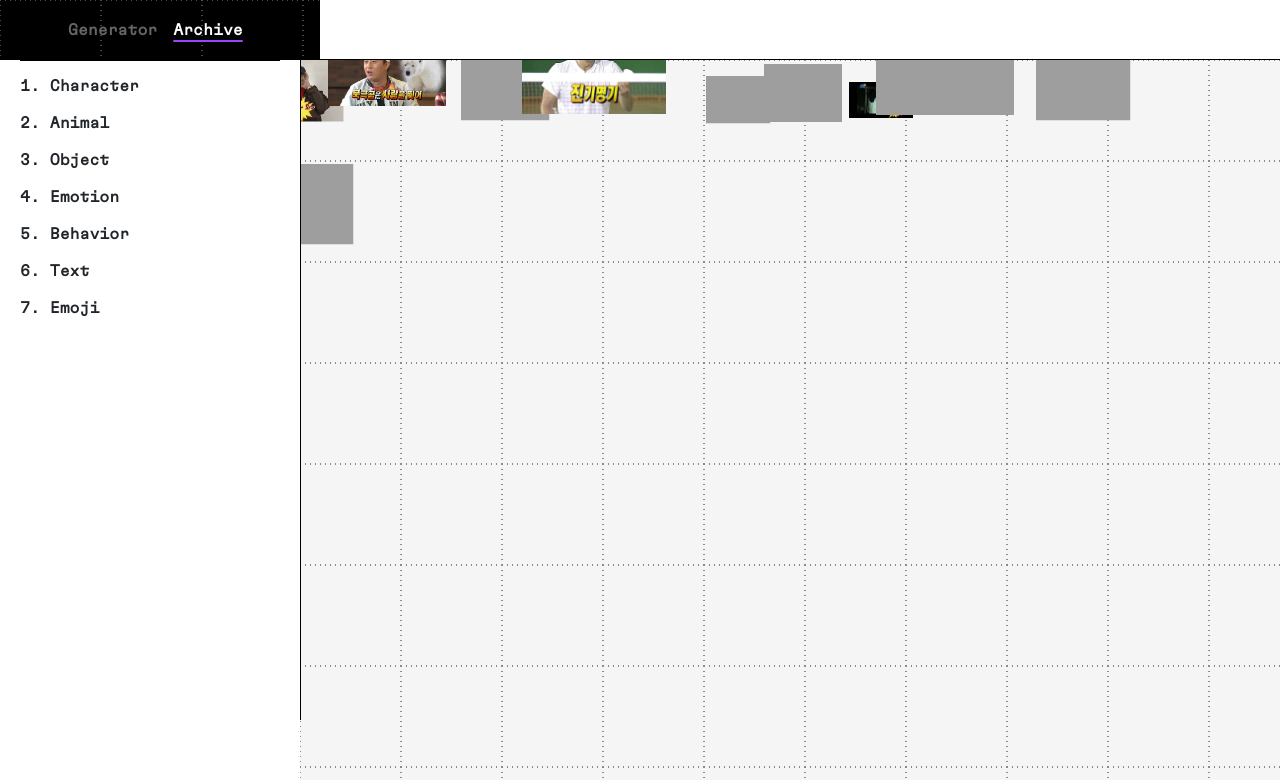
Repository: CastleBelll/project2
Page: /archive (app in job_app/)
An editor plug-in stored every save of this project. The page is shown before and after the next save, followed by the edit.
The browser window is 1280 px wide. The pictures show the whole page.
Pictures or frames that could not be fetched are drawn as grey boxes. The project was rebuilt for these pictures with package versions that can differ from the ones it lists, and the page was loaded fresh each time. Also part of the build but not shown: job_app/src/Generator/Generator.js.

Above is the page before, as saved 2024-12-15 08:29:31.

### job_app/src/App.js
import React from 'react';
import { BrowserRouter as Router, Routes, Route, Navigate, Link, useLocation } from 'react-router-dom';
import { Container, Navbar, Nav } from 'react-bootstrap';
import { BsSearch } from 'react-icons/bs'; // 검색 아이콘 가져오기
import './App.css';
import Archive from './Archive/Archive';
import Generator from './Generator/Generator';
import 'bootstrap/dist/css/bootstrap.min.css';
import './styles/fonts.css';

function Navigation() {
  const location = useLocation(); // 현재 경로를 가져오기

  return (
    <Navbar expand="lg" bg="black" data-bs-theme="dark">
        <Navbar.Collapse id="navbarNav">
          <Nav className="nav-links">
            <Nav.Item>
              <Nav.Link
                as={Link}
                to="/generator"
                className={`nav-link ${location.pathname === '/generator' ? 'active' : ''}`}
              >
                Generator
              </Nav.Link>
            </Nav.Item>
            <Nav.Item>
              <Nav.Link
                as={Link}
                to="/archive"
                className={`nav-link ${location.pathname === '/archive' ? 'active' : ''}`}
              >
                Archive
              </Nav.Link>
            </Nav.Item>
          </Nav>
        </Navbar.Collapse>
        <div className="search-icon">
          <BsSearch />
        </div>
    </Navbar>
  );
}

function App() {
  return (
    <Router>
      <div className="app-container">
        <Navigation /> {/* 네비게이션 컴포넌트 사용 */}
        <Container className="content">
          <Routes>
            {/* 기본 경로로 이동 시 /generator로 리디렉션 */}
            <Route path="/" element={<Navigate to="/generator" />} />
            <Route path="/archive" element={<Archive />} />
            <Route path="/generator" element={<Generator />} />
          </Routes>
        </Container>
      </div>
    </Router>
  );
}

export default App;

### job_app/src/App.css
/* 글로벌 스타일 */
body {
  font-family: 'CustomEnglishFont', sans-serif !important;;
  overflow: hidden;
}

/* 한글 전용 스타일 */
body:lang(ko) {
  font-family: 'CustomKoreanFont', sans-serif !important;;
}
/* 전체 앱 컨테이너 */
.app-container {
  display: flex;
  flex-direction: column;
  height: 100vh;
  max-width: 100%;
  max-height: 100%;
  overflow: hidden;
  background-color: #242424; /* 기본 배경색을 #242424로 변경 */
}

/* 네비게이션 바 */
.navbar {
  position: fixed;
  top: 0;
  left: 0;
  width: 100%;
  height: 60px;
  display: flex;
  z-index: 1000; /* 네비게이션 바가 다른 요소 위에 오도록 설정 */
  background-image: url('./background_square.png'); /* Generator 활성화 시 배경 이미지 */
  background-repeat: repeat; /* 가로 및 세로로 반복 */
  background-color: #242424; /* 기본 배경색도 유지 */}

/* Generator 활성화 시 배경 이미지 적용 */
body.generator-active .navbar {
  background-image: url('./background_square.png'); /* Generator 활성화 시 배경 이미지 */
  background-repeat: repeat; /* 가로 및 세로로 반복 */
  background-color: #242424; /* 기본 배경색도 유지 */
}

/* Archive 활성화 시 배경 이미지 제거 */
body.archive-active .navbar {
  background-image: none; /* Archive 활성화 시 배경 이미지 제거 */
  background-color: #ffffff; /* 배경색을 흰색으로 설정 */
}

/* 네비게이션 링크 스타일 */
.nav-links {
  display: flex;
  list-style: none;
  padding: 0;
  margin-left : 60px;
  justify-content: space-between; /* 링크를 양쪽 끝에 배치 */
}

.nav-links a {
  text-decoration: none;
  color: #666666; /* 기본 색상은 회색 */
  font-size : 16px !important;
  font-weight: bold;
  transition: color 0.3s ease, border-bottom 0.3s ease; /* 부드러운 색상 전환 및 밑줄 전환 */
}

.nav-links a:hover,
.nav-links .active {
  color: #ffffff !important; /* 선택 및 활성화 상태에서도 글씨 색상을 흰색으로 고정 */
  text-decoration: underline; /* 밑줄 추가 */
  text-decoration-color: #9746ff; /* 밑줄 색상 보라색으로 설정 */
  text-underline-offset: 5px; /* 밑줄과 글자 사이 간격 조정 */
  text-decoration-thickness: 2px; /* 밑줄 두께를 2px로 설정 */
  z-index: 4000; /* z-index로 navbar 아래로 위치하도록 설정 */
}

/* 콘텐츠 영역 */
.content {
  position: absolute; /* content를 absolute로 설정하여 navbar와 겹치게 함 */
  width:100%;
  height:100%;
  margin:0;
  padding:0;
  background-color: #242424; /* 콘텐츠 배경색 변경 */
}

.content.container{
  margin : 0;
  padding:0;
}

/* 검색 아이콘 스타일 */
.search-icon {
  font-size: 22px;
  margin-right: 85px;
  color: #ffffff; /* 아이콘 색상 흰색 */
  cursor: pointer;
}

@media (min-width: 768px) {
  .container,
  .container-md,
  .container-sm {
    max-width: none !important;
  }
}

/* Generator 활성화 시 배경색 */
body.generator-active .app-container,
body.generator-active .navbar,
body.generator-active .content {
  background-color: #242424; /* Generator가 활성화된 경우 배경색을 통일 */
}

/* Archive 활성화 시 흰색 테마 */
body.archive-active .app-container,
body.archive-active .navbar,
body.archive-active .content {
  background-color: #ffffff; /* 배경을 흰색으로 변경 */
}

body.archive-active .nav-links a {
  color: #333333 !important; /* 링크 색상을 어두운 회색으로 변경 */
}

body.archive-active .nav-links a:hover,
body.archive-active .nav-links .active {
  color: #000000 !important; /* 링크 색상을 검은색으로 변경 */
  text-decoration-color: #2DFF2D; /* 밑줄 색상을 검은색으로 설정 */
}

### job_app/src/Archive/Archive.js
import React, { useState, useEffect } from 'react';
import ArchiveMain from './ArchiveMain';
import ArchiveLeft from './ArchiveLeft';
import ArchiveHeader from './ArchiveHeader';
import './Archive.css';

const Archive = () => {
  const [selectedItems, setSelectedItems] = useState([]); // 선택된 하위 항목들 저장
  const [data, setData] = useState([]); // JSON 데이터를 저장할 상태

  // JSON 파일을 fetch로 불러오는 useEffect
  useEffect(() => {
    fetch('/json/images.json') // public 폴더에서 JSON 파일을 불러옴
      .then((response) => response.json())
      .then((jsonData) => setData(jsonData)) // 데이터가 로드되면 상태에 저장
      .catch((error) => console.error('Error fetching the JSON file:', error));
  }, []); // 컴포넌트가 처음 마운트될 때만 실행

  const handleSubItemClick = (item) => {
    setSelectedItems((prevSelectedItems) => {
      if (!prevSelectedItems.includes(item)) {
        return [...prevSelectedItems, item];
      }
      return prevSelectedItems.filter((selectedItem) => selectedItem !== item);
    });
  };

  return (
    <div className="archive-container">
      {/* Left sidebar */}
      <ArchiveLeft data={data} onSubItemClick={handleSubItemClick} className="left-sidebar" />

      {/* Right container */}
      <div className="right-container">
        {/* Header */}
        <ArchiveHeader selectedItems={selectedItems} className="header" />

        {/* Main content */}
        {/* Main content */}
        <div className="main-area-container" style={{ flex: 1, position: 'relative' }}>
          <ArchiveMain className="main-area" />
        </div>
        </div>
    </div>
  );
};

export default Archive;

### job_app/src/styles/fonts.css
@font-face {
    font-family: 'CustomEnglishFont';
    src: url('../fonts/GT-Flexa-Mono-Light-Trial.otf') format('opentype');
    font-weight: normal;
    font-style: normal;
  }

  @font-face {
    font-family: 'CustomKoreanFont';
    src: url('../fonts/FlightSansOTF-Regular.otf') format('opentype');
    font-weight: normal;
    font-style: normal;
  }

### job_app/src/Archive/ArchiveMain.js
import React, { useEffect, useRef } from "react";
import "./ArchiveMain.css";

const ArchiveMain = () => {
  const containerRef = useRef(null);

  useEffect(() => {
    const container = containerRef.current;
    const numImages = 10; // 배치할 이미지 개수
    const images = [];

    for (let i = 1; i <= numImages; i++) {
      const img = document.createElement("img");
      img.src = `/images/${i}.png`; // public/images 폴더 내 1.png, 2.png 등의 파일
      img.alt = `Image ${i}`;
      img.className = "archive-image";

      // 랜덤 위치 지정 (부모 크기 기준)
      const randomX = Math.random() * 100; // 0% ~ 100%
      const randomY = Math.random() * 100; // 0% ~ 100%

      // 랜덤 크기 지정 (50px ~ 150px)
      const randomSize = Math.floor(Math.random() * 100) + 50;
      img.style.width = `${randomSize}px`;
      img.style.height = `${randomSize}px`;

      // 위치 설정
      img.style.top = `${randomY}%`;
      img.style.left = `${randomX}%`;

      // 중앙에서 벗어난 보정 (이미지 크기 반영)
      img.style.transform = `translate(-${randomSize / 2}px, -${randomSize / 2}px)`;

      images.push(img);
      container.appendChild(img);
    }

    return () => {
      // 컴포넌트 언마운트 시 이미지 제거
      images.forEach(img => container.removeChild(img));
    };
  }, []);

  return <div ref={containerRef} className="archive-main"></div>;
};

export default ArchiveMain;

### job_app/src/Archive/ArchiveLeft.js
import React, { useState } from 'react';
import './ArchiveLeft.css';

function ArchiveLeft({ data, onSubItemClick }) {
  const [selectedItems, setSelectedItems] = useState([]); // 선택된 항목 상태
  const [openCategories, setOpenCategories] = useState({}); // 카테고리 열림 상태

  // 서브 항목 클릭 처리 함수
  const handleSubItemClick = (subItem) => {
    setSelectedItems((prevSelectedItems) => {
      if (!prevSelectedItems.includes(subItem)) {
        return [...prevSelectedItems, subItem]; // 항목 추가
      }
      return prevSelectedItems.filter((item) => item !== subItem); // 항목 제거
    });
    onSubItemClick(subItem); // 부모 컴포넌트로 클릭된 항목 전달
  };

  // 카테고리 열기/닫기 토글 함수
  const toggleCategory = (categoryKey) => {
    setOpenCategories((prev) => ({
      ...prev,
      [categoryKey]: !prev[categoryKey], // 해당 카테고리 상태 토글
    }));
  };

  // 카테고리 값들을 순회하여 하나의 큰 카테고리로 합치는 함수
  const getCategoryItems = (data) => {
    const categoryItems = {
      character: [],
      animal: [],
      object: [],
      emotion: [],
      behavior: [],
      text: [],
      emoji: []
    };

    // 각 항목을 해당 카테고리로 합침
    data.forEach((item) => {
      Object.keys(item.category).forEach((key) => {
        if (item.category[key] && item.category[key].length > 0) {
          // 중복 항목을 제거
          categoryItems[key] = [
            ...new Set([...categoryItems[key], ...item.category[key]]), // Set을 사용해 중복을 제거
          ];
        }
      });
    });

    return categoryItems;
  };

  // 카테고리 항목을 순서대로 출력
  const categoryItems = getCategoryItems(data);

  return (
    <div className="sidebar-container">
      <div className="sidebar-top" />
      <div className="sidebar-bottom">
        {Object.keys(categoryItems).map((categoryKey, categoryIndex) => (
          categoryItems[categoryKey].length > 0 && (
            <div key={categoryIndex} className="section">
              <div
                className="section-title"
                onClick={() => toggleCategory(categoryKey)} // 카테고리 클릭 시 열고 닫는 기능
              >
                {`${categoryIndex + 1}. ${categoryKey.charAt(0).toUpperCase() + categoryKey.slice(1)}`}
              </div>
              {/* 카테고리가 열려 있는지 확인하여 항목을 표시 */}
              {openCategories[categoryKey] && (
                <div className={`sublist ${openCategories[categoryKey] ? 'open' : ''}`}>
                  {categoryItems[categoryKey].map((subItem, subItemIndex) => (
                    <div
                      key={subItemIndex}
                      className={`subitem ${selectedItems.includes(subItem) ? 'selected' : ''}`}
                      onClick={() => handleSubItemClick(subItem)}
                    >
                      {subItem}
                    </div>
                  ))}
                </div>
              )}
            </div>
          )
        ))}
      </div>
    </div>
  );
}

export default ArchiveLeft;

### job_app/src/Archive/ArchiveHeader.js
import React, { useRef, useState } from 'react';
import { CSSTransition, TransitionGroup } from 'react-transition-group';
import './ArchiveHeader.css'; // CSS 파일을 import

function ArchiveHeader({ selectedItems }) {
  const containerRef = useRef(null);
  const [isDragging, setIsDragging] = useState(false);
  const [startX, setStartX] = useState(0);
  const [scrollLeft, setScrollLeft] = useState(0);

  const handleMouseDown = (e) => {
    e.preventDefault(); // 기본 드래그 동작 방지
    setIsDragging(true);
    setStartX(e.clientX);
    setScrollLeft(containerRef.current.scrollLeft);
    containerRef.current.style.cursor = 'grabbing';
  };

  const handleMouseMove = (e) => {
    if (!isDragging) return;
    const distance = e.clientX - startX;
    containerRef.current.scrollLeft = scrollLeft - distance;
  };

  const handleMouseUp = () => {
    setIsDragging(false);
    containerRef.current.style.cursor = 'grab';
  };

  return (
    <div
      className="archive-header overflow-auto" // Bootstrap 클래스 추가
      ref={containerRef}
      onMouseDown={handleMouseDown}
      onMouseMove={handleMouseMove}
      onMouseUp={handleMouseUp}
      onMouseLeave={handleMouseUp} // 마우스가 컨테이너 밖으로 나갔을 때 드래그 종료
    >
      <TransitionGroup className="selected-items-container">
        {selectedItems.map((item, index) => (
          <CSSTransition
            key={item} // 고유한 키 값
            timeout={500} // 애니메이션 지속 시간
            classNames="item"
            unmountOnExit
          >
            <div className="selected-item">
              {item}
            </div>
          </CSSTransition>
        ))}
      </TransitionGroup>
      {/* selectedItems가 비어있지 않으면 검색 버튼을 보여줌 */}
      {selectedItems.length > 0 && (
        <div className="search-button">
          검색
        </div>
      )}
    </div>
  );
}

export default ArchiveHeader;

### job_app/src/Archive/Archive.css
/* Ensures the container takes up the full height of the viewport */
.archive-container {
  display: flex;
  height: 100vh;
}

/* Left sidebar styling */
.left-sidebar {
  flex: 1; /* 왼쪽 사이드바는 1배수 */
  padding-left: 20px;
  padding-top: 84px;
  background-color: #f0f0f0; /* Light background for sidebar */
  border-right: solid 1px black; /* 테두리 색상을 명시적으로 설정 */
}

/* Right container styling */
.right-container {
  flex: 3; /* 오른쪽 컨테이너는 3배수 */
  display: flex;
  flex-direction: column; /* Stacks children vertically */
}

/* Header styling */
.header {
  height: 15%; /* Adjust height as needed */
  background-color: #333; /* Dark background for header */
  color: white;
  display: flex;
  align-items: center;
  justify-content: center;
  padding: 1rem;
  box-sizing: border-box;
}

/* Main area styling */
.main-area {
  flex: 1; /* Takes up the remaining vertical space */
  background-color: #fff; /* White background for main content */
  overflow: auto; /* Scrollable if content exceeds container height */
  padding: 1rem;
  box-sizing: border-box;
}

### job_app/src/Generator/Generator.css
.Generator {
  position: relative;
  width: 100%;
  height: 100%;
  background-color: #242424;
  overflow: hidden;
  background-image: url('../background_square.png');
  background-repeat: repeat;
}

.event-arial {
  position: absolute;
  pointer-events: none;
  top: 80px;
  width: 80%;
  left: 10%;
  max-width: 80%;  /* 기본적으로 80%로 설정 */
  min-height: 20%;
  display: flex;
  justify-content: center;
  align-items: center;
  font-size: 16px;
  color: #666666;
  border: 1px solid #666666;
  background-color: transparent;
  transition: width 0.5s ease; /* 너비 변화만 부드럽게 */
}

.event-arial.shrink {
  width: calc(100% - 45%); /* generator-arial이 30%일 때 event-arial은 나머지 70% */
}

.main-container {
  width: 100%;
  min-height: 100%;
  display: flex;
  flex-direction: row; /* 좌우로 배치 */
}

.left-container {
  flex: 1;
  min-width: 13%;
}

.right-container {
  flex: 1;
  min-width: 13%;
}

.content-container {
  flex: 1;
  min-width: 74%;
  min-height: 100%;
  display: flex;
  flex-direction: column; /* 세로 방향으로 배치 */
  overflow: hidden;
}

.generator-arial {
  position: absolute;
  top: 80px;
  right: 0;
  display: flex;
  flex-direction: column; /* 세로 방향으로 배치 */
  background-color: white;
  min-width: 40px;
  height: 60%; /* 높이를 고정 */
  transform-origin: right;
  transition: width 0.5s ease; /* 너비 변화만 부드럽게 */
}

.generator-arial.open {
  width: 28%; /* open 상태에서의 width */
  max-height: 100%;
}

.generator-arial.not-open {
  width: 40px; /* not-open 상태에서의 width */
}

.circle {
  position: absolute;
  left: -100px;
  width: 50px; /* 원 크기 */
  height: 50px;
  border-radius: 50%; /* 원형으로 만들기 */
  background-color: white; /* 흰색 배경 */
  z-index: 10; /* 다른 요소들 위에 겹치도록 설정 */
  display: none; /* 기본적으로 숨기기 */
  justify-content: center; /* 가로 중앙 정렬 */
  align-items: center; /* 세로 중앙 정렬 */
}

.circle img {
    position: absolute;
    top: 50%; /* 세로 중앙 */
    left: 50%; /* 가로 중앙 */
    transform: translate(-50%, -50%); /* 정확하게 중앙 정렬 */
}

.generator-arial.open .circle {
  display: block; /* isOpen 상태일 때 원을 보이도록 설정 */
}

/* 이미지 컨테이너 */
.image-container {
  flex: 1;
  display: flex;
  flex-wrap: wrap;
  justify-content: center; /* 중앙 정렬 */
  align-items: center;
  margin-top: 50px;
  margin-bottom: 20px;
  min-width: 100%;
  height:auto;
  opacity: 0; /* 초기 상태에서 투명하게 설정 */
  animation: fadeIn 1s forwards; /* 천천히 나타나는 애니메이션 */
}

.image-container img {
  max-width: 100%; /* 이미지 크기를 부모 크기에 맞게 자동 조정 */
  height: auto;
  object-fit: contain; /* 이미지 비율 유지하며 공간에 맞게 조정 */
  max-height: 285px; /* 이미지 크기를 더 작게 제한 */
  min-height: 285px;
  margin: 5px;
  animation: fadeIn 1.5s forwards; /* 이미지보다 조금 더 긴 시간에 천천히 나타나게 */
}

/* 텍스트 컨테이너 */
.text-container {
  flex: 1;
  display: flex;
  flex-direction: column; /* 세로로 배치 */
  padding: 10px;
  overflow-y: auto;
  opacity: 0; /* 초기 상태에서 투명하게 설정 */
  animation: fadeIn 1.5s forwards; /* 이미지보다 조금 더 긴 시간에 천천히 나타나게 */
}

/* 각 텍스트 항목 */
.text-item {
  margin-bottom: 30px; /* 항목 간 간격 */
  opacity: 0; /* 초기 상태에서 투명하게 설정 */
  overflow: hidden;
  max-height: 100%;
  animation: fadeInItem 2s forwards; /* 항목이 하나씩 천천히 나타나도록 설정 */
  animation-delay: 0.5s; /* 약간의 지연을 주어 항목들이 순차적으로 나타나게 */
}

.title-container,
.category-container {
  text-align: center; /* 텍스트 가운데 정렬 */
  padding: 0;
  overflow: hidden;
}

.title-container {
  flex: 1;
  margin-bottom: 10px;
}

.category-container {
  flex: 1;
  display: flex;
  justify-content: center; /* 항목들을 수평 중앙 정렬 */
  gap: 10px; /* 항목 간 간격 */
  overflow: hidden;
  max-height: 100%;
  flex-wrap: wrap; /* 필요시 줄 바꿈 */
}

.title {
  font-size: 28px;
  font-weight: bold;
  margin-bottom: 5px;
}

.category-item {
  font-size: 16px;
  background-color: #f5f5f5;
  border-radius: 30px;
  padding: 4px 8px;
}

/* 애니메이션 정의 */
@keyframes fadeIn {
  to {
    opacity: 1; /* 최종적으로 불투명하게 */
  }
}

@keyframes fadeInItem {
  to {
    opacity: 1; /* 항목도 최종적으로 불투명하게 */
  }
}

### job_app/src/Archive/ArchiveMain.css
.archive-main {
  position: relative;
  width: 100%;
  height: 100vh; /* 화면 전체 높이 */
  background-color: #f5f5f5; /* 배경색 */
  background-image: url('../background_square.png'); /* Generator 활성화 시 배경 이미지 */
  background-repeat: repeat; /* 가로 및 세로로 반복 */
  overflow: hidden; /* 넘치는 이미지는 숨김 */
}

.archive-image {
  width: 100px; /* 이미지 크기 */
  height: 100px; /* 고정된 크기 */
  object-fit: contain; /* 이미지 비율 유지 */
  animation: fadeIn 1.5s ease-in-out; /* 천천히 나타나는 애니메이션 */
}

/* 이미지 천천히 나타나는 효과 */
@keyframes fadeIn {
  from {
    opacity: 0;
  }
  to {
    opacity: 1;
  }
}

### job_app/src/Archive/ArchiveLeft.css
/* 전체 컨테이너 */
.sidebar-container {
  height: 100%;
  width: 5%;
  min-width: 300px;
  background-color: #ffffff;
  position: relative;
}

/* 가상 요소로 오른쪽 선 추가 */
.sidebar-container::after {
  content: '';
  position: absolute;
  top: 0;
  right: 0;
  bottom: 0;
  left: 300px;
  border-right: solid 1px black;
  z-index: 2000;
}

.sidebar-top {
  width: 100%;
  height: 60px;
}

.sidebar-bottom {
  width: 100%;
  position: relative;
  padding: 14px 20px;
  z-index: 1000;
}

.sidebar-bottom::after {
  content: '';
  position: absolute;
  top: 0;
  left: 20px;
  right: 20px;
  border-top: 1px solid black;
}

/* 섹션 제목 */
.section-title {
  cursor: pointer;
  font-weight: bold;
  margin-bottom: 13px;
  transition: color 0.3s ease;
}

/* 하위 리스트 */
.sublist {
  display: flex;
  flex-wrap: wrap;
  gap: 6px;
  margin: 10px 15px;
  overflow: hidden;
  max-height: 0; /* 초기 높이 설정 */
  opacity: 0; /* 초기 상태에서 투명 */
  box-sizing: border-box; /* border 포함하여 크기 변경 방지 */
  transition: max-height 1.2s cubic-bezier(0.5, 0.1, 0.25, 1), opacity 1.3s ease-out; /* 높이와 불투명도 애니메이션 */
}
/* 하위 리스트가 열릴 때 */
.sublist.open {
  max-height: 500px; /* 최대 높이 설정, 필요에 따라 더 큰 값으로 설정 */
  opacity: 1; /* 불투명도 */
  transition: max-height 0.6s cubic-bezier(0.5, 0.1, 0.25, 1), opacity 0.6s ease-out; /* 애니메이션 타이밍을 일치시킴 */
}

/* 하위 리스트가 닫힐 때 */
.sublist:not(.open) {
  max-height: 0; /* 닫힐 때 높이 0 */
  opacity: 0; /* 사라지는 상태 */
  transition: max-height 0.6s cubic-bezier(0.5, 0.1, 0.25, 1) 0.3s, opacity 0.6s ease-out 0.3s;
}

/* 개별 항목 */
.subitem {
  cursor: pointer;
  padding: 4px 7px;
  margin: 1px;
  border-radius: 50px;
  text-align: center;
  white-space: nowrap;
  transition: all 0.1s ease;
  display: inline-block;
  min-width: 40px;
  font-size: 16px;
  box-sizing: border-box; /* border 포함하여 크기 변경 방지 */
}

.subitem.selected {
  background-color: #2DFF2D;
  font-weight: bold;
  transition : ease-out 0.3s;
}

.subitem:hover {
  box-sizing: border-box; /* border 포함하여 크기 변경 방지 */
  border-radius: 50px;
  outline: 1px solid #2DFF2D;
}

/* 반응형 디자인 */
.subitem {
  display: inline-block;
  box-sizing: border-box;
}

### job_app/src/Archive/ArchiveHeader.css
.archive-header {
    height: 60px;
    display: flex;
    align-items: center;
    margin-left: 20px;
    min-height: 60px; /* 최소 높이를 60px로 설정 */
    background-color: #ffffff; /* 배경색을 추가 */
    border-bottom: 1px solid #000000; /* 하단 경계선 */
    overflow-x: hidden; /* 가로 스크롤 활성화 */
    white-space: nowrap; /* 아이템들이 한 줄에 있도록 설정 */
    z-index: 2000;
  }

  /* 기존의 selected-items-container 스타일 유지 */
  .selected-items-container {
    display: flex;
    flex-wrap: nowrap;
    gap: 5px; /* 아이템 사이의 간격 */
    overflow-x: auto; /* 아이템이 넘칠 경우 스크롤 */
  }

  /* 기존의 selected-item 스타일 유지 */
  .selected-item {
    padding: 4px 6px;
    background-color: #2DFF2D; /* 선택된 아이템의 배경색 */
    border-radius: 50px;
    font-weight: bold; /* 글자 굵게 설정 */
    min-width: 40px;
    text-align: center;
    font-size: 16px;
    white-space: nowrap; /* 텍스트 줄바꿈 방지 */
    transition: transform 0.5s ease, opacity 0.5s ease;
  }

  .search-button {
    padding: 4px 6px;
    margin-left: 5px;
    background-color: #000000; /* 선택된 아이템의 배경색 */
    color: white;
    border-radius: 60px;
    font-weight: bold; /* 글자 굵게 설정 */
    min-width: 45px;
    text-align: center;
    font-size: 16px;
    transition: transform 0.5s ease, opacity 0.5s ease;
  }

/* Enter 애니메이션 */
.item-enter {
    opacity: 0;
    transform: scale(1);
    transition: opacity 0.5s ease, transform 0.5s ease;
  }
  .item-enter-active {
    opacity: 1;
    transform: scale(1);
    transition: opacity 0.5s ease, transform 0.5s ease;
  }

  /* Exit 애니메이션 */
  .item-exit {
    opacity: 1;
    transform: scale(1);
  }
  .item-exit-active {
    opacity: 0;
    transform: scale(0.9);
    transition: opacity 0.5s ease, transform 0.5s ease;
  }

Loaded but not shown: job_app/public/index.html (common file); job_app/src/index.js (common file); job_app/src/index.css (common file); job_app/src/reportWebVitals.js (common file); job_app/public/json/images.json (72 lines, source omitted)

After the next save:
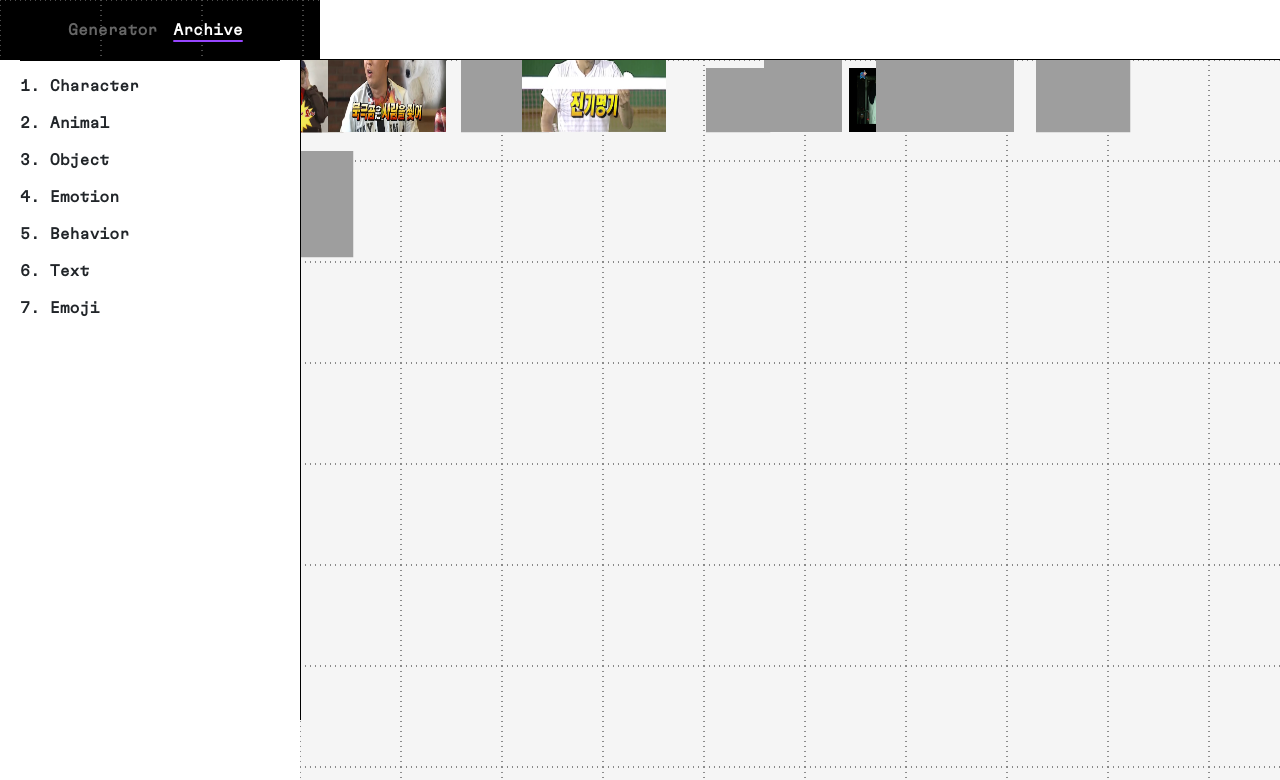
Saved 24 s later.
--- a/job_app/src/Archive/ArchiveMain.css
+++ b/job_app/src/Archive/ArchiveMain.css
@@ -6,13 +6,6 @@
   background-image: url('../background_square.png'); /* Generator 활성화 시 배경 이미지 */
   background-repeat: repeat; /* 가로 및 세로로 반복 */
   overflow: hidden; /* 넘치는 이미지는 숨김 */
-}
-
-.archive-image {
-  width: 100px; /* 이미지 크기 */
-  height: 100px; /* 고정된 크기 */
-  object-fit: contain; /* 이미지 비율 유지 */
-  animation: fadeIn 1.5s ease-in-out; /* 천천히 나타나는 애니메이션 */
 }
 
 /* 이미지 천천히 나타나는 효과 */
